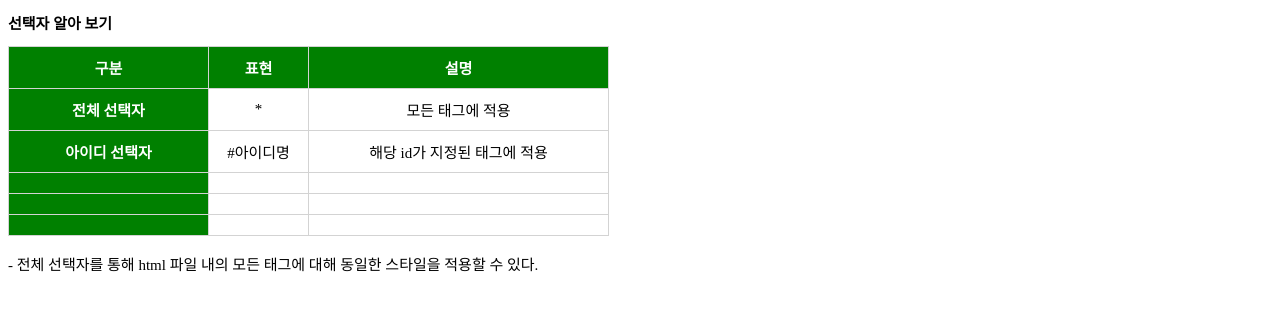
Repository: itkezi/HTML_2022_505
Page: http://localhost/Web/style/selector.html
The author's editor kept a copy of each file at every save. The page is drawn from the files as they stood at one save, then again after the next save.
The browser window is 1280 px wide. The pictures show the whole page.
The page is served by Tomcat 9.

Above is the page before, as saved 2022-03-23 04:23:19.

### Web/WebContent/style/selector.html
<!DOCTYPE html>
<html>
<head>
<meta charset="UTF-8">
<title>Insert title here</title>
<link rel='stylesheet' href='../css/common.css'>
<style>
* { font-size: 15px}
</style>
</head>
<body>
<h2>선택자 알아 보기</h2>
<table>
<thead>
	<tr>
		<th>구분</th>
		<th>표현</th>
		<th>설명</th>
	</tr>
</thead>
	<colgroup>
		<col width='200px'>
		<col width='100px'>
		<col width='300px'>
	</colgroup>
	<tr>
		<th>전체 선택자</th>
		<td>*</td>
		<td>모든 태그에 적용</td>
	</tr>
	<tr>
		<th>아이디 선택자</th>
		<td>#아이디명</td>
		<td>해당 id가 지정된 태그에 적용</td>
	</tr>
	<tr>
		<th></th>
		<td></td>
		<td></td>
	</tr>
	<tr>
		<th></th>
		<td></td>
		<td></td>
	</tr>
	<tr>
		<th></th>
		<td></td>
		<td></td>
	</tr>
</table><br>
- 전체 선택자를 통해 html 파일 내의 모든 태그에 대해 동일한 스타일을 적용할 수 있다.
</body>
</html>

### Web/WebContent/css/common.css
@charset "UTF-8";
table { border-collapse: collapse; }
th, td { border: 1px solid lightgray; padding: 10px ; text-align: center; }
th {	background-color:green; color:white; }

After the next save:
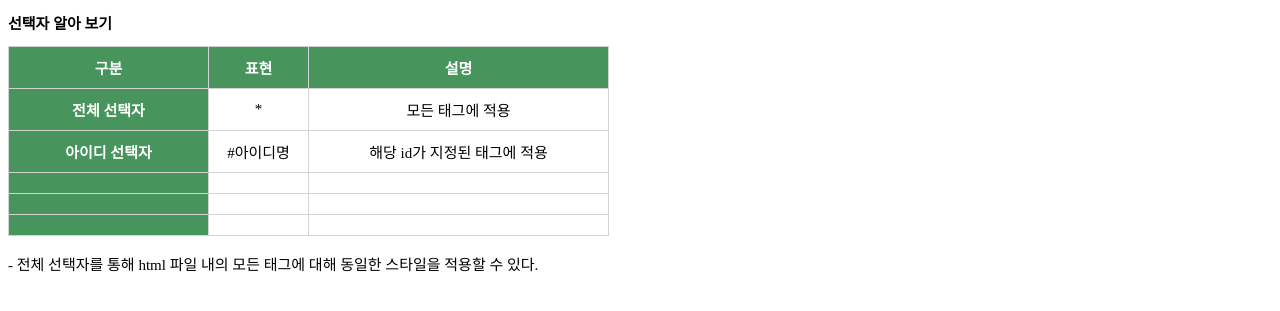
Saved 48 s later.
--- a/Web/WebContent/css/common.css
+++ b/Web/WebContent/css/common.css
@@ -1,4 +1,4 @@
 @charset "UTF-8";
 table { border-collapse: collapse; }
 th, td { border: 1px solid lightgray; padding: 10px ; text-align: center; }
-th {	background-color:green; color:white; }
+th {	background-color: #48945d; color:white; }
